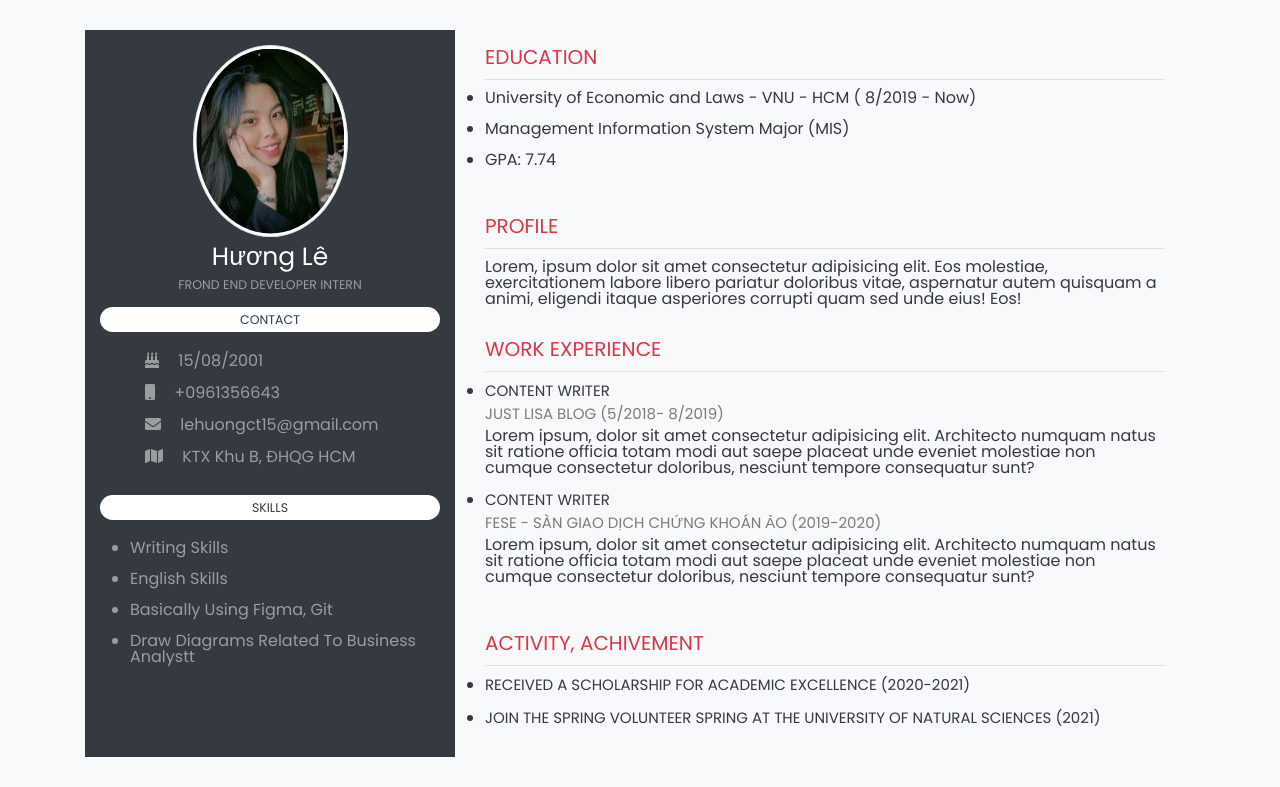
Repository: huongle158/cvhuongle
Page: index.html
An editor plug-in stored every save of this project. The page is shown before and after the next save, followed by the edit.
The browser window is 1280 px wide. The pictures show the whole page.
Some web libraries are served in a nearby version.

Above is the page before, as saved 2021-12-13 00:26:52.

### index.html
<!DOCTYPE html>
<html lang="en">
  <head>
    <title>Resume</title>
    <link
      href="https://fonts.googleapis.com/css2?family=Poppins:wght@400;600&display=swap"
      rel="stylesheet"
    />
    <link rel="stylesheet" href="https://cdnjs.cloudflare.com/ajax/libs/font-awesome/5.10.0/css/all.min.css" integrity="sha512-PgQMlq+nqFLV4ylk1gwUOgm6CtIIXkKwaIHp/PAIWHzig/lKZSEGKEysh0TCVbHJXCLN7WetD8TFecIky75ZfQ==" crossorigin="anonymous" referrerpolicy="no-referrer" />
    <!-- Required meta tags -->
    <meta charset="utf-8" />
    <meta
      name="viewport"
      content="width=device-width, initial-scale=1, shrink-to-fit=no"
    />

    <!-- Bootstrap CSS -->
    <link
      rel="stylesheet"
      href="https://stackpath.bootstrapcdn.com/bootstrap/4.3.1/css/bootstrap.min.css"
      integrity="sha384-ggOyR0iXCbMQv3Xipma34MD+dH/1fQ784/j6cY/iJTQUOhcWr7x9JvoRxT2MZw1T"
      crossorigin="anonymous"
    />
    <link rel="stylesheet" href="./assets/css/style.css" />
  </head>
  <body class="bg-light">
    <div class="container p-5">
      <div class="row">

        <div class="col-lg-4 bg-dark text-white text-center py-4">
          <div class="header-left">
            <img
              src="./assets/img/188108614_380364193279457_3096500343222530064_n (1).jpg"
              alt=""
              class="img-thumbnail rounded-circle mb-2"
            />
            <h1 class="display-5">Hương Lê</h1>
            <h4 class="lead text-uppercase text-white-50 mb-4">
              Frond End Developer Intern
            </h4>
          </div>

          <div>
              <h5 class="text-uppercase bg-white text-dark py-2 rounded-pill mb-4" >contact</h5>
              <ul class="list-unstyled text-white-50 ml-5 py-2 text-left">
                  <li class="list-item mb-4">
                      <i class="fas fa-birthday-cake mx-4"></i>
                     15/08/2001
                  </li>
                  <li class="list-item mb-4">
                      <i class="fa fa-mobile mx-4"></i>
                      +0961356643
                  </li>
                  <li class="list-item mb-4">
                      <i class="fa fa-envelope mx-4"></i>
                      lehuongct15@gmail.com
                  </li>
                  <li class="list-item mb-4">
                      <i class="fa fa-map mx-4"></i>
                      KTX Khu B, ĐHQG HCM
                  </li>
              </ul>
          </div>
          <div>
              <h5 class="text-uppercase bg-white text-dark py-2 rounded-pill mb-4" >skills</h5>
              <ul class="list text-white-50 ml-5 py-2 text-left text-capitalize">
                <li class="list-item mb-4">Writing skills</li>
                <li class="list-item mb-4">English skills</li>
                <li class="list-item mb-4">Basically using Figma, Git</li>
                <li class="list-item mb-4">draw diagrams related to Business Analystt</li>
              </ul>
          </div>

        </div>

        <div class="col-lg-8 bg-light text-dark py-4 px-5">
             <div class="header-right mb-5">
                <h2 class="text-uppercase text-danger">Education</h2>
                <hr>
                 <ul class="list">
                <li class="list-item mb-4">University of Economic and Laws - VNU - HCM ( 8/2019 - Now)</li>
                <li class="list-item mb-4">Management Information System Major (MIS)</li>
                <li class="list-item mb-4">GPA: 7.74</li>
              </ul>


            </div>

            <br>
            <div class="header-right mb-5">
                <h2 class="text-uppercase text-danger">profile</h2>
                <hr>
                <p>Lorem, ipsum dolor sit amet consectetur adipisicing elit. Eos molestiae, exercitationem labore libero pariatur doloribus vitae, aspernatur autem quisquam a animi, eligendi itaque asperiores corrupti quam sed unde eius! Eos!</p>

            </div>

            <div class="mb-5">
                <h2 class="text-uppercase text-danger">Work Experience</h2>
                <hr>
                <ul class="list">
                <li class="list-item mb-4">
                    <h4 class="display-6 text-uppercase">Content Writer</h4>
                    <h4 class="text-uppercase text-black-50">Just Lisa blog  (5/2018- 8/2019) </h4>
                    <p>Lorem ipsum, dolor sit amet consectetur adipisicing elit. Architecto numquam natus sit ratione officia totam modi aut saepe placeat unde eveniet molestiae non cumque consectetur doloribus, nesciunt tempore consequatur sunt?</p>
                </li>
                 <li class="list-item mb-4">
                    <h4 class="display-6 text-uppercase">Content Writer</h4>
                    <h4 class="text-uppercase text-black-50">FESE - Sàn Giao dịch Chứng khoán ảo (2019-2020)</h4>
                    <p>Lorem ipsum, dolor sit amet consectetur adipisicing elit. Architecto numquam natus sit ratione officia totam modi aut saepe placeat unde eveniet molestiae non cumque consectetur doloribus, nesciunt tempore consequatur sunt?</p>
                </li>

              </ul>

            </div>
            <br>
             <div>
                <h2 class="text-uppercase text-danger">Activity, Achivement</h2>
                <hr>
                <ul class="list">

                 <li class="list-item mb-4">
                    <h4 class="display-6 text-uppercase">Received a scholarship for academic excellence (2020-2021)</h4>
                </li>
                <li class="list-item mb-4">
                    <h4 class="display-6 text-uppercase">Join the Spring Volunteer Spring at the University of Natural Sciences (2021)</h4>
                </li>

              </ul>

            </div>
        </div>
      </div>
    </div>

    <!-- Optional JavaScript -->
    <!-- jQuery first, then Popper.js, then Bootstrap JS -->
    <script
      src="https://code.jquery.com/jquery-3.3.1.slim.min.js"
      integrity="sha384-q8i/X+965DzO0rT7abK41JStQIAqVgRVzpbzo5smXKp4YfRvH+8abtTE1Pi6jizo"
      crossorigin="anonymous"
    ></script>
    <script
      src="https://cdnjs.cloudflare.com/ajax/libs/popper.js/1.14.7/umd/popper.min.js"
      integrity="sha384-UO2eT0CpHqdSJQ6hJty5KVphtPhzWj9WO1clHTMGa3JDZwrnQq4sF86dIHNDz0W1"
      crossorigin="anonymous"
    ></script>
    <script
      src="https://stackpath.bootstrapcdn.com/bootstrap/4.3.1/js/bootstrap.min.js"
      integrity="sha384-JjSmVgyd0p3pXB1rRibZUAYoIIy6OrQ6VrjIEaFf/nJGzIxFDsf4x0xIM+B07jRM"
      crossorigin="anonymous"
    ></script>
  </body>
</html>

### assets/css/style.css
html {
  box-sizing: border-box;
  font-family: 'Roboto', sans-serif;
}
* {
  margin: 0;
  padding: 0;
}
*,
*:before,
*:after {
  box-sizing: border-box;
}
input,
textarea,
select,
button {
  outline: none;
}
input {
  line-height: normal;
}
label,
button {
  cursor: pointer;
}
a {
  text-decoration: none;
}
img {
  display: block;
  max-width: 100%;
}
*,
*:before,
*:after {
  box-sizing: border-box;
}
/* using rem unit */
html {
  font-size: 62.5%;
}
a {
  text-decoration: none;
}
img {
  display: block;
  max-width: 100%;
}
body {
  font-family: "Poppins", sans-serif;
  font-size: 16px;
  line-height: 1;
}
/*  */
img.rounded-circle{
margin: 0 auto;
}

After the next save:
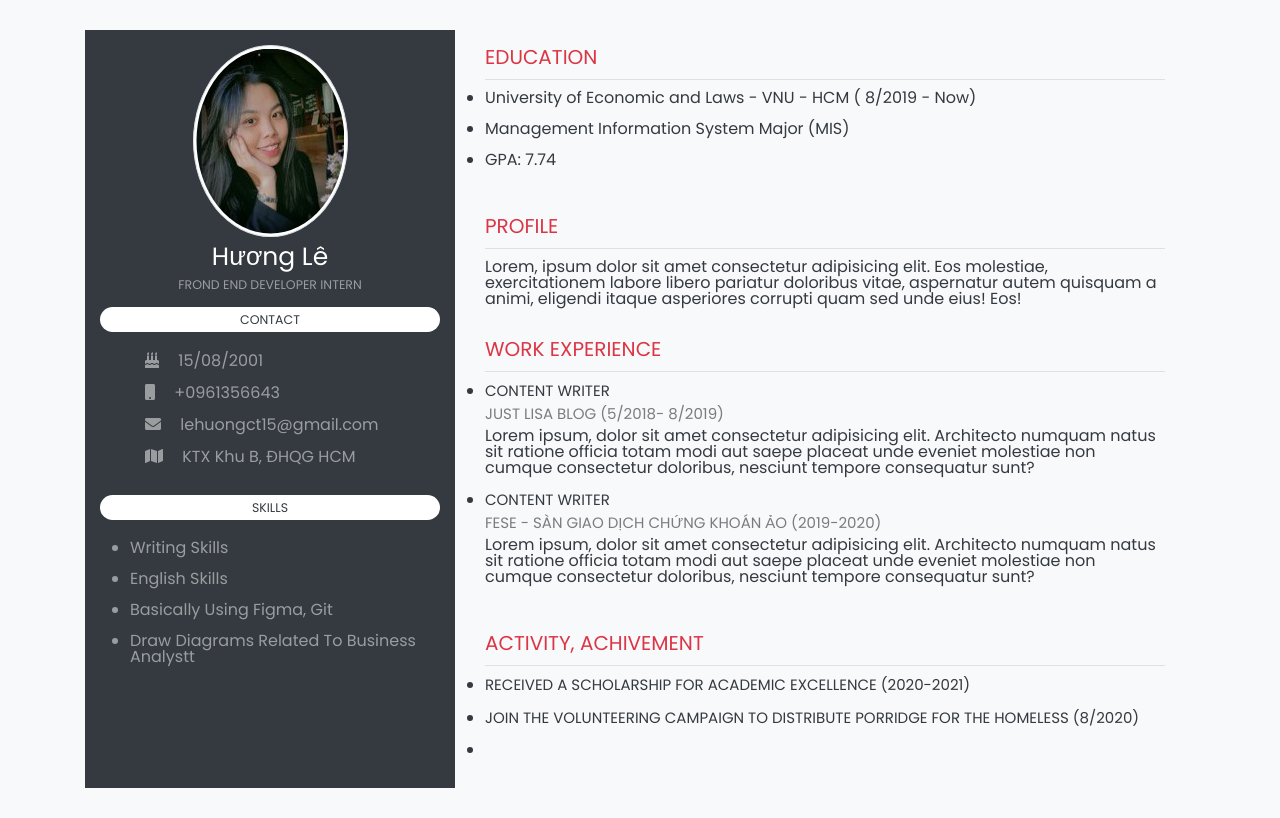
Saved 104 s later.
--- a/index.html
+++ b/index.html
@@ -122,7 +122,10 @@
                     <h4 class="display-6 text-uppercase">Received a scholarship for academic excellence (2020-2021)</h4>
                 </li>
                 <li class="list-item mb-4">
-                    <h4 class="display-6 text-uppercase">Join the Spring Volunteer Spring at the University of Natural Sciences (2021)</h4>
+                    <h4 class="display-6 text-uppercase">Join the volunteering campaign to distribute porridge for the homeless (8/2020)</h4>
+                </li>
+                <li class="list-item mb-4">
+                    <h4 class="display-6 text-uppercase"></h4>
                 </li>
 
               </ul>
